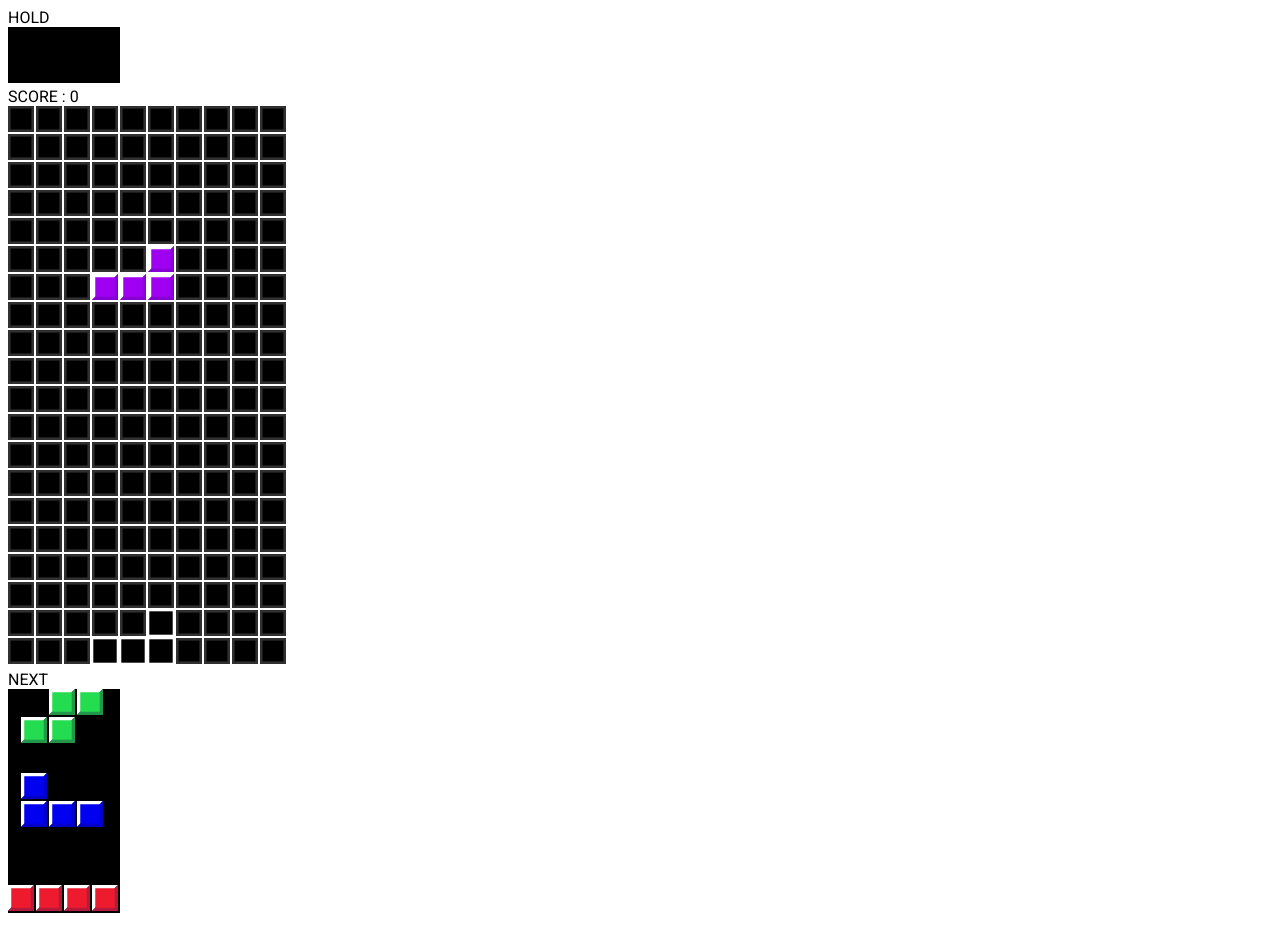
Repository: powidev/Epik-Tetris
Page: index.html
An editor plug-in stored every save of this project. The page is shown before and after the next save, followed by the edit.
The browser window is 1280 px wide. The pictures show the whole page.

Above is the page before, as saved 2025-05-20 17:11:02.

### index.html
<!DOCTYPE html>
<html lang="en">
<head>
    <meta charset="UTF-8">
    <meta name="viewport" content="width=device-width, initial-scale=1.0">
    <title>Tetris</title>
    <link rel="stylesheet" href="style.css">
</head>
<body>
    <div class="game">
        <div class="canvas-container">
            <span>HOLD</span>
            <div class="canvas">
                <canvas id="canvas-hold"></canvas>
            </div>
        </div>

        <div class="canvas-container">
            <span>SCORE : <span id="score">0</span></span>
            <div class="canvas">
                <canvas id="canvas-tetris"></canvas>
            </div>
        </div>

        <div class="canvas-container">
            <span>NEXT</span>
            <div class="canvas">
                <canvas id="canvas-next"></canvas>
            </div>
        </div>
    </div>

    <script src="scripts/main.js" type="module"></script>
</body>
</html>

### style.css
@import url('https://fonts.googleapis.com/css2?family=Roboto:ital,wght@0,100;0,300;0,400;0,500;0,700;0,900;1,100;1,300;1,400;1,500;1,700;1,900&family=Silkscreen:wght@400;700&display=swap');
*{
  font-family: "Roboto", sans-serif;
  font-optical-sizing: auto;
}

### scripts/main.js
import { Game } from '/scripts/game.js';

const canvasTetris = document.getElementById("canvas-tetris");
const canvasNext = document.getElementById("canvas-next");
const canvasHold = document.getElementById("canvas-hold");
const rows = 20;
const cols = 10;
const cellSize = 26;
const space = 2;

const game = new Game(canvasTetris, rows, cols, cellSize, space,canvasNext, canvasHold);

function update() {
    game.update();
    requestAnimationFrame(update);
}

update();

### scripts/game.js
import { TetrominosBag } from "/scripts/tetromino.js";
import { BoardTetris, BoardNext, BoardHold } from "/scripts/boardTetris.js";

export class Game {
    constructor(canvas, rows, cols, cellSize, space, canvasNext, canvasHold) {
        this.boardTetris = new BoardTetris(canvas, rows, cols, cellSize, space);
        this.tetrominosBag = new TetrominosBag(canvas, cellSize);
        this.currentTetromino = this.tetrominosBag.nextTetromino();
        this.keyboard();
        this.keys = {up:false,down:false}

        this.lastTime = 0;
        this.lastTime2 = 0;

        this.next = new BoardNext(canvasNext, 8, 4, cellSize, space, this.tetrominosBag.getThreeNextTetrominos());
        this.hold = new BoardHold(canvasHold, 2, 4, cellSize, space);
        this.canHold = true;
    }
    update(){
        let currentTime = Date.now();
        let deltaTime = currentTime - this.lastTime;
        let deltaTime2 = currentTime - this.lastTime2;

        if(deltaTime >= 1000){
            this.autoMoveTetrominoDown();
            this.lastTime = currentTime;
        }
        if(deltaTime2 >= 50){
            this.boardTetris.draw();
            this.drawTetrominoGhost();
            this.currentTetromino.draw(this.boardTetris);

            this.next.draw2();
            this.hold.draw2();

            if(this.keys.down){
                this.moveTetrominoDown();
            }
            this.lastTime2 = currentTime;
        }
    }
    autoMoveTetrominoDown(){
        this.currentTetromino.move(1,0);
        if(this.blockedTetromino()){
            this.currentTetromino.move(-1,0);
            this.placeTetromino();
        }
    }
    blockedTetromino(){
        const tetrominoPositions = this.currentTetromino.currentPositions();
        for(let i = 0; i < tetrominoPositions.length; i++){
            if(!this.boardTetris.isEmpty(tetrominoPositions[i].row,tetrominoPositions[i].column)){
                return true;
            }
        }
        return false;
    }
    moveTetrominoLeft(){
        this.currentTetromino.move(0,-1);
        if(this.blockedTetromino()){
            this.currentTetromino.move(0,1);
        }
    }
    moveTetrominoRight(){
        this.currentTetromino.move(0,1);
        if(this.blockedTetromino()){
            this.currentTetromino.move(0,-1);
        }
    }
    moveTetrominoDown(){
        this.currentTetromino.move(1,0);
        if(this.blockedTetromino()){
            this.currentTetromino.move(-1,0);
        }
    }
    rotationTetrominoCW(){
        this.currentTetromino.rotation++;
        if(this.currentTetromino.rotation > this.currentTetromino.shapes.length-1){
            this.currentTetromino.rotation = 0;
        }
        if(this.blockedTetromino()){
            this.rotationTetrominoCCW();
        }
    }
    rotationTetrominoCCW(){
        this.currentTetromino.rotation--;
        if(this.currentTetromino.rotation < 0){
            this.currentTetromino.rotation = this.currentTetromino.shapes.length-1;
        }
        if(this.blockedTetromino()){
            this.rotationTetrominoCW();
        }
    }
    placeTetromino(){
        const tetrominoPositions = this.currentTetromino.currentPositions();
        for(let i = 0; i < tetrominoPositions.length; i++){
            this.boardTetris.matriz
                    [tetrominoPositions[i].row]
                    [tetrominoPositions[i].column] = this.currentTetromino.id;
        }
        this.boardTetris.clearFullRows();
        if(this.boardTetris.gameOver()){
            return true;
        }else{
            this.currentTetromino = this.tetrominosBag.nextTetromino();
            this.next.listTretominos = this.tetrominosBag.getThreeNextTetrominos();
            this.next.updateMatriz();
            this.canHold = true;
        }
    }
    dropDistance(position){
        let distance = 0;
        while(this.boardTetris.isEmpty(position.row + distance +1, position.column)){
            distance++;
        }
        return distance;
    }
    tetrominoDropDistance(){
        let drop = this.boardTetris.rows;
        const tetrominoPositions = this.currentTetromino.currentPositions();
        for(let i = 0; i < tetrominoPositions.length; i++){
            drop = Math.min(drop, this.dropDistance(tetrominoPositions[i]))
        }
        return drop;
    }
    drawTetrominoGhost(){
        const dropDistance = this.tetrominoDropDistance();
        const tetrominoPositions = this.currentTetromino.currentPositions();
        for(let i = 0; i < tetrominoPositions.length; i++){
            let position = this.boardTetris.getCoordinates(
                tetrominoPositions[i].column,
                tetrominoPositions[i].row + dropDistance
            );
            this.boardTetris.drawSquare(position.x,position.y,this.boardTetris.cellSize,"#000","white",20);
        }
    }
    dropBlock(){
        this.currentTetromino.move(this.tetrominoDropDistance(),0);
        this.placeTetromino();
    }
    holdTetromino(){
        if(!this.canHold) return;
        if(this.hold.tetromino === null){
            this.hold.tetromino = this.currentTetromino;
            this.currentTetromino = this.tetrominosBag.nextTetromino();
        }else{
            [this.currentTetromino, this.hold.tetromino] = [this.hold.tetromino, this.currentTetromino];
        }
        this.hold.updateMatriz();
        this.canHold = false;
    }
    keyboard(){
        window.addEventListener("keydown", (evt) => {
            if(evt.key === "ArrowLeft"){
                this.moveTetrominoLeft();
            }
            if(evt.key === "ArrowRight"){
                this.moveTetrominoRight();
            }
            if(evt.key === "ArrowUp" && !this.keys.up){
                this.rotationTetrominoCW();
                this.keys.up = true;
            }
            if(evt.key === "ArrowDown"){
                this.moveTetrominoDown();
                this.keys.down = true;
            }
            if(evt.key === "c" || evt.key === "C"){
                this.holdTetromino();
            }
        });
        window.addEventListener("keydown", (evt) => {
            if(evt.key === "a" || evt.key === "A"){
                this.moveTetrominoLeft();
            }
            if(evt.key === "d" || evt.key === "D"){
                this.moveTetrominoRight();
            }
            if(evt.key === "w" || evt.key === "W" && !this.keys.up){
                this.rotationTetrominoCW();
                this.keys.up = true;
            }
            if(evt.key === "s" || evt.key === "S"){
                this.moveTetrominoDown();
                this.keys.down = true;
            }
            if(evt.key === "c" || evt.key === "C"){
                this.holdTetromino();
            }
        });
        window.addEventListener("keyup", (evt) => {
            if(evt.key === "ArrowUp" || evt.key === "w" || evt.key === "W"){
                this.keys.up = false;
            }
            if(evt.key === "ArrowDown" || evt.key === "s" || evt.key === "S"){
                this.keys.down = false;
            }
        });
        window.addEventListener("click", () => {
            this.dropBlock();
        });
        window.addEventListener("keydown", (event) => {
            if (event.key === "Enter") {
                this.dropBlock();
            }
        });
    }
}

### scripts/tetromino.js
class Position{
    constructor(row, column){
        this.row = row;
        this.column = column;
    }
}

class Tetromino {
    constructor(canvas, cellSize, shapes = [], initPosition = new Position(), id=1) {
        this.canvas = canvas;
        this.ctx = this.canvas.getContext('2d');
        this.cellSize = cellSize;
        this.shapes = shapes;
        this.rotation = 0;
        this.initPosition = initPosition;
        this.position = new Position(this.initPosition.row, this.initPosition.column);
        this.id = id;
    }
    drawSquare(x, y, side, color) {
        this.ctx.fillStyle = color;
        this.ctx.fillRect(x, y, side, side);
    }
    drawTriangle(x1, y1, x2, y2, x3, y3, color) {
        this.ctx.beginPath();
        this.ctx.moveTo(x1, y1);
        this.ctx.lineTo(x2, y2);
        this.ctx.lineTo(x3, y3);
        this.ctx.closePath();
        this.ctx.fillStyle = color;
        this.ctx.fill();
    }
    getColorPalette(id) {
        const palette = {
            1:{
                rightTriangle : "#FE8601",
                leftTriangle : "#FFFFFF",
                square : "#FFDB01"
            },
            2:{
                rightTriangle : "#FE5E02",
                leftTriangle : "#FFFFFF",
                square : "#FE8602"
            },
            3:{
                rightTriangle : "#B5193B",
                leftTriangle : "#FFFFFF",
                square : "#EE1B2E"
            },
            4:{
                rightTriangle : "#22974C",
                leftTriangle : "#FFFFFF",
                square : "#24DC4F"
            },
            5:{
                rightTriangle : "#49BDFF",
                leftTriangle : "#FFFFFF",
                square : "#2D97F7"
            },
            6:{
                rightTriangle : "#0000C9",
                leftTriangle : "#FFFFFF",
                square : "#0101F0"
            },
            7:{
                rightTriangle : "#8500D3",
                leftTriangle : "#FFFFFF",
                square : "#A000F1"
            }
        }
        return palette[id] || palette[1];
    }
    drawBlock(x, y, id){
        const margin = this.cellSize / 8;
        const palette = this.getColorPalette(id);

        this.drawTriangle(
            x, y,
            x + this.cellSize, y,
            x, y + this.cellSize,
            palette.leftTriangle
        );

        this.drawTriangle(
            x + this.cellSize, y,
            x + this.cellSize, y + this.cellSize,
            x, y + this.cellSize,
            palette.rightTriangle
        );

        this.drawSquare(
            x + margin,
            y + margin,
            this.cellSize - (margin * 2),
            palette.square
        );
    }
    currentShape(){
        return this.shapes[this.rotation];
    }
    draw(grid){
        const shape = this.currentShape();
        for(let i = 0; i < shape.length; i++){
            const position = grid.getCoordinates(
                this.position.column + shape[i].column,
                this.position.row + shape[i].row
            );
            this.drawBlock(position.x, position.y, this.id);
        }
    }
    currentPositions(){
        const positions = [];
        const shape = this.currentShape();
        for(let i = 0; i < shape.length; i++){
            positions.push(new Position(
                this.position.row + shape[i].row,
                this.position.column + shape[i].column
            ));
        }
        return positions;
    }
    move(row, column){
        this.position.row += row;
        this.position.column += column;
    }
    reset(){
        this.rotation = 0;
        this.position = new Position(this.initPosition.row, this.initPosition.column);
    }
}

const TetrominoTypes = {
    T:{
        id:1,
        initPosition: new Position(0, 3),
        shapes: [
            [new Position(0, 1), new Position(1, 0), new Position(1, 1), new Position(1, 2)],
            [new Position(0, 1), new Position(1, 1), new Position(1, 2), new Position(2, 1)],
            [new Position(1, 0), new Position(1, 1), new Position(1, 2), new Position(2, 1)],
            [new Position(0, 1), new Position(1, 0), new Position(1, 1), new Position(2, 1)]
        ]
    },
    O:{
        id:2,
        initPosition: new Position(0, 4),
        shapes: [
            [new Position(0, 0), new Position(0, 1), new Position(1, 0), new Position(1, 1)]
        ]
    },
    I:{
        id:3,
        initPosition: new Position(-1, 3),
        shapes: [
            [new Position(1, 0), new Position(1, 1), new Position(1, 2), new Position(1, 3)],
            [new Position(0, 2), new Position(1, 2), new Position(2, 2), new Position(3, 2)],
            [new Position(2, 0), new Position(2, 1), new Position(2, 2), new Position(2, 3)],
            [new Position(0, 1), new Position(1, 1), new Position(2, 1), new Position(3, 1)]
        ]
    },
    S:{
        id:4,
        initPosition: new Position(0, 3),
        shapes: [
            [new Position(0, 1), new Position(0, 2), new Position(1, 0), new Position(1, 1)],
            [new Position(0, 1), new Position(1, 1), new Position(1, 2), new Position(2, 2)],
            [new Position(1, 1), new Position(1, 2), new Position(2, 0), new Position(2, 1)],
            [new Position(0, 0), new Position(1, 0), new Position(1, 1), new Position(2, 1)]
        ]
    },
    Z:{
        id:5,
        initPosition: new Position(0, 3),
        shapes: [
            [new Position(0, 0), new Position(0, 1), new Position(1, 1), new Position(1, 2)],
            [new Position(0, 2), new Position(1, 1), new Position(1, 2), new Position(2, 1)],
            [new Position(1, 0), new Position(1, 1), new Position(2, 1), new Position(2, 2)],
            [new Position(0, 1), new Position(1, 0), new Position(1, 1), new Position(2, 0)]
        ]
    },
    J:{
        id:6,
        initPosition: new Position(0, 3),
        shapes: [
            [new Position(0, 0), new Position(1, 0), new Position(1, 1), new Position(1, 2)],
            [new Position(0, 1), new Position(0, 2), new Position(1, 1), new Position(2, 1)],
            [new Position(1, 0), new Position(1, 1), new Position(1, 2), new Position(2, 2)],
            [new Position(0, 1), new Position(1, 1), new Position(2, 0), new Position(2, 1)]
        ]
    },
    L:{
        id:7,
        initPosition: new Position(0, 3),
        shapes: [
            [new Position(0, 2), new Position(1, 0), new Position(1, 1), new Position(1, 2)],
            [new Position(0, 1), new Position(1, 1), new Position(2, 1), new Position(2, 2)],
            [new Position(1, 0), new Position(1, 1), new Position(1, 2), new Position(2, 0)],
            [new Position(0, 0), new Position(0, 1), new Position(1, 1), new Position(2, 1)]
        ]
    }
};

class TetrominosBag {
    constructor(canvas, cellSize){
        this.canvas = canvas;
        this.cellSize = cellSize;
        this.bag = [];
        this.threeNextTetrominos = [];
        this.init();
    }
    init(){
        for(let i=0; i<3; i++){
            this.threeNextTetrominos.push(this.getNextTetromino());
        }
    }
    fillbag(){
        const tetrominosTypes = [
            TetrominoTypes.T,
            TetrominoTypes.O,
            TetrominoTypes.I,
            TetrominoTypes.S,
            TetrominoTypes.Z,
            TetrominoTypes.J,
            TetrominoTypes.L
        ]
        this.bag.length = 0;

        tetrominosTypes.forEach(type=>{
            this.bag.push(new Tetromino(
                this.canvas,
                this.cellSize,
                type.shapes,
                type.initPosition,
                type.id
            ));
        });

        for(let i = this.bag.length - 1; i>0 ; i--){
            let j = Math.floor(Math.random() * (i + 1));
            [this.bag[i], this.bag[j]] = [this.bag[j], this.bag[i]];
        }
    }
    getNextTetromino(){
        if(this.bag.length === 0){
            this.fillbag();
        }
        return this.bag.pop();
    }
    nextTetromino(){
        const next = this.threeNextTetrominos.shift();
        this.threeNextTetrominos.push(this.getNextTetromino());
        return next;
    }
    getThreeNextTetrominos(){
        return this.threeNextTetrominos;
    }
    reset(){
        this.bag = [];
        this.threeNextTetrominos = [];
        this.init();
    }
}

export { Position, Tetromino, TetrominoTypes, TetrominosBag };

### scripts/boardTetris.js
import { Grid } from '/scripts/grid.js';

export class BoardTetris extends Grid {
    constructor(canvas, rows, cols, cellSize, space) {
        super(canvas, rows, cols, cellSize, space);
    }

    isInside(row, col){
        return row >= 0 && row < this.rows && col >= 0 && col < this.cols;
    }
    isEmpty(row, col){
        return this.isInside(row, col) && this.matriz[row][col] === 0;
    }
    isRowFull(row){
        return this.matriz[row].every(element => element !== 0);
    }
    isRowEmpty(row){
        return this.matriz[row].every(element => element === 0);
    }
    clearRow(row){
        this.matriz[row].fill(0);
    }
    moveRowDown(row, numRows){
        this.matriz[row + numRows] = this.matriz[row].slice();
        this.clearRow(row);
    }
    clearFullRows(){
        let cont = 0;

        for(let row  = this.rows - 1; row >= 0; row--){
            if(this.isRowFull(row)){
                this.clearRow(row);
                cont++;
            }
            else if(cont > 0){
                this.moveRowDown(row, cont);
            }
        }
        return cont;
    }
    gameOver(){
        return !(this.isRowEmpty(0));
    }
}

export class BoardNext extends Grid {
    constructor(canvas, rows, cols, cellSize, space, listTretominos) {
        super(canvas, rows, cols, cellSize, space);
        this.listTretominos = listTretominos;
        this.updateMatriz();
    }
    updateMatriz(){
        this.restartMatriz();
        let cont = 0;
        for(let i = 0; i < this.listTretominos.length; i++){
            const shape = this.listTretominos[i].currentShape();
            for(let j = 0; j < shape.length; j++){
                this.matriz[shape[j].row + cont][shape[j].column] = this.listTretominos[i].id;
            }
            cont += 3;
        }
    }
}

export class BoardHold extends Grid {
    constructor(canvas, rows, cols, cellSize, space) {
        super(canvas, rows, cols, cellSize, space);
        this.tetromino = null;
        this.updateMatriz();
    }
    updateMatriz(){
        if(this.tetromino == null) return;
        this.tetromino.reset();
        this.restartMatriz();
        const shape = this.tetromino.currentShape();
        for(let i = 0; i < shape.length; i++){
            this.matriz[shape[i].row][shape[i].column] = this.tetromino.id;
        }
    }
}

### scripts/grid.js
import { Tetromino } from '/scripts/tetromino.js';

export class Grid {
    constructor(canvas, rows, cols, cellSize, space) {
        this.canvas = canvas;
        this.ctx = canvas.getContext('2d');
        this.rows = rows;
        this.cols = cols;
        this.cellSize = cellSize;
        this.space = space;
        this.matriz = [];
        this.restartMatriz();

        this.canvas.width = this.cols * this.cellSize + (this.space * this.cols);
        this.canvas.height = this.rows * this.cellSize + (this.space * this.rows);

        this.block = new Tetromino(this.canvas, this.cellSize);
    }
    restartMatriz(){
        for(let r = 0; r < this.rows; r++){
            this.matriz[r] = [];
            for(let c = 0; c < this.cols; c++){
                this.matriz[r][c] = 0;
            }
        }
    }
    drawSquare(x, y, side, color, borderColor, border) {
        const bordeSize = side / border;

        this.ctx.fillStyle = color;
        this.ctx.fillRect(x, y, side, side);

        this.ctx.strokeStyle = borderColor;
        this.ctx.lineWidth = bordeSize;
        this.ctx.strokeRect(x+bordeSize/2, y+bordeSize/2, side-bordeSize, side-bordeSize);
    }
    getCoordinates(col, row){
        return {x: col * (this.cellSize + this.space), y: row * (this.cellSize + this.space)};
    }
    draw(){
        for(let r = 0; r < this.rows; r++){
            for(let c = 0; c < this.cols; c++){
                const position = this.getCoordinates(c, r);
                if(this.matriz[r][c] !== 0){
                    this.block.drawBlock(position.x,position.y,this.matriz[r][c]);
                }
                else{
                    this.drawSquare(position.x, position.y, this.cellSize, "#000", "#303030",10);
                }
            }
        }
        this.printMatriz();
    }
    draw2(){
        this.drawBackground();
        for(let r = 0; r < this.rows; r++){
            for(let c = 0; c < this.cols; c++){
                const position = this.getCoordinates(c, r);
                if(this.matriz[r][c] !== 0){
                    if(this.matriz[r][c] === 2){
                        this.block.drawBlock(position.x + this.cellSize, position.y, this.matriz[r][c]);
                    }else if(this.matriz[r][c] === 3){
                        this.block.drawBlock(position.x,position.y,this.matriz[r][c]);
                    }else{
                        this.block.drawBlock(position.x + this.cellSize/2, position.y, this.matriz[r][c]);
                    }
                }
            }
        }
        this.printMatriz();
    }
    drawBackground(){
        this.ctx.fillStyle = "black";
        this.ctx.fillRect(0, 0, this.canvas.width, this.canvas.height);
    }
    printMatriz(){
        let text = "";
        this.matriz.forEach((row) => {
            text += row.join(" ") + "\n";
        });
        console.log(text);
    }
}

After the next save:
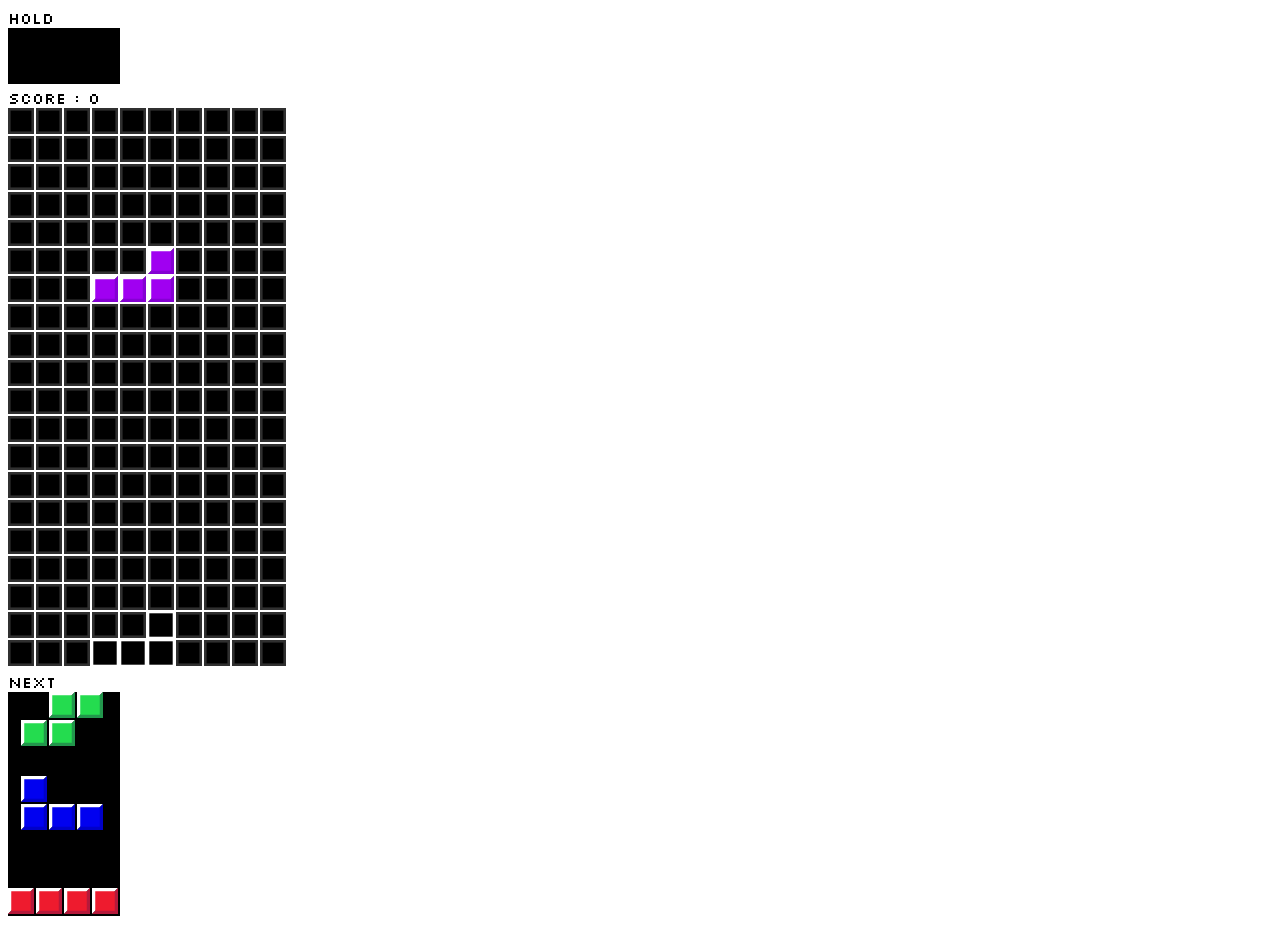
Saved 38 s later.
--- a/style.css
+++ b/style.css
@@ -1,5 +1,5 @@
 @import url('https://fonts.googleapis.com/css2?family=Roboto:ital,wght@0,100;0,300;0,400;0,500;0,700;0,900;1,100;1,300;1,400;1,500;1,700;1,900&family=Silkscreen:wght@400;700&display=swap');
 *{
-  font-family: "Roboto", sans-serif;
-  font-optical-sizing: auto;
+  font-family: "Silkscreen", sans-serif;
+  font-weight: 400;
 }
